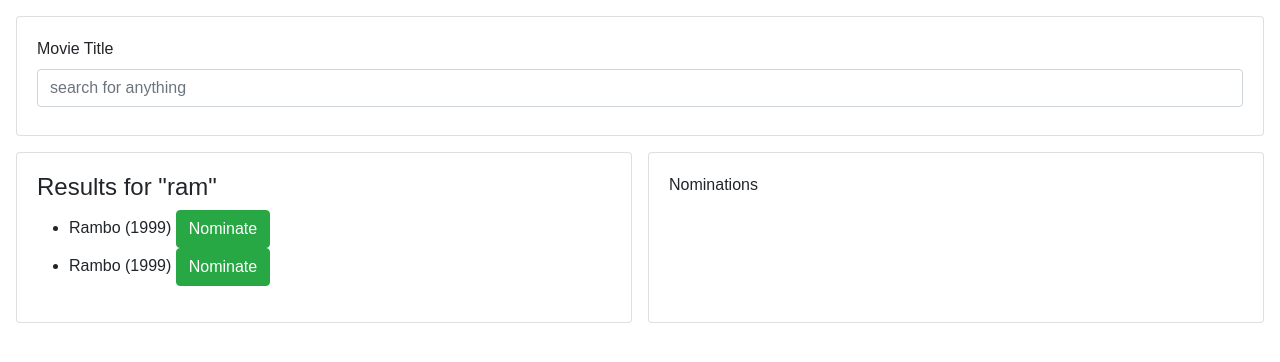
Repository: akinsikuoluwafemi/shoppies-movie-collection
Page: /
These files come from the project's save history. The page is drawn as it stood at one moment and after a run of saves; the edit follows.
The browser window is 1280 px wide. The pictures show the whole page.
The project was rebuilt for these pictures with package versions that can differ from the ones it lists, and the page was loaded fresh each time. Also part of the build but not shown: src/App.css.

Above is the page before, as saved 2021-01-10 09:13:16.

After the next 2 saves:
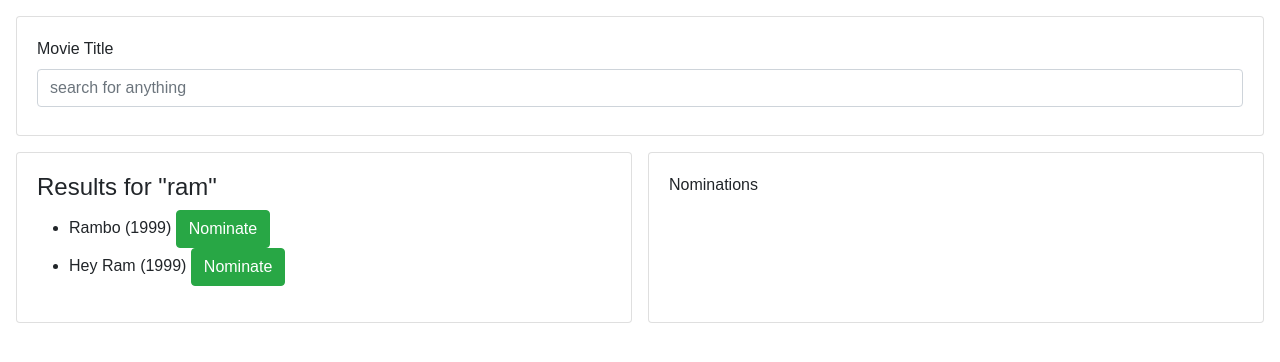
The 2 saves are shown as one change because they came seconds apart.
The last was saved 11 s later.
--- a/src/components/SearchResults.js
+++ b/src/components/SearchResults.js
@@ -9,7 +9,7 @@ export default function SearchResults() {
             <h4>Results for "ram"</h4>
             <ul className="list">
                 <li className="list-item" >Rambo (1999) <button className="btn btn-success" >Nominate</button></li>
-                <li className="list-item" >Rambo (1999) <button className="btn btn-success" >Nominate</button></li>
+                <li className="list-item" >Hey Ram (1999) <button className="btn btn-success" >Nominate</button></li>
 
             </ul>
       </CardWrapper>
